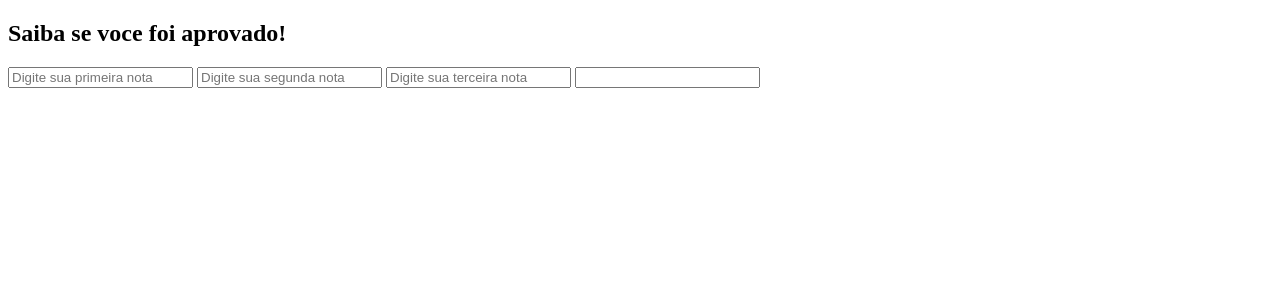
Repository: gimoli/logica1
Page: index.html
These files come from the project's save history. The page is drawn as it stood at one moment and after the next save; the edit follows.
The browser window is 1280 px wide. The pictures show the whole page.

Above is the page before, as saved 2025-04-30 09:09:57.
Console error: SyntaxError: Identifier 'nota1' has already been declared

After the next save:
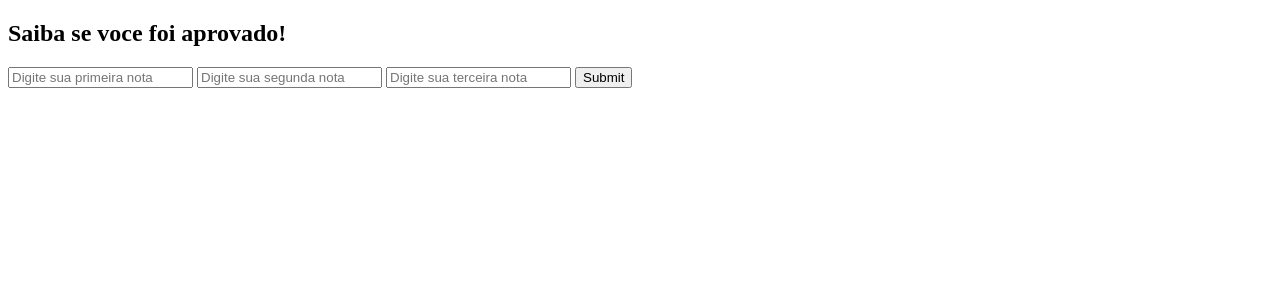
Saved 44 s later.
--- a/index.html
+++ b/index.html
@@ -10,7 +10,7 @@
     <input type="Number" id="nota1" placeholder="Digite sua primeira nota"></input>
     <input type="Number" id="nota2" placeholder="Digite sua segunda nota"></input>
     <input type="Number" id="nota3" placeholder="Digite sua terceira nota"></input>
-    <input type="subimt" onclick="classificacao()">
+    <input type="submit" onclick="classificacao()">
     <h4 id="resultadoFinal"></h4>
     <script src="app.js"></script>
 </body>
